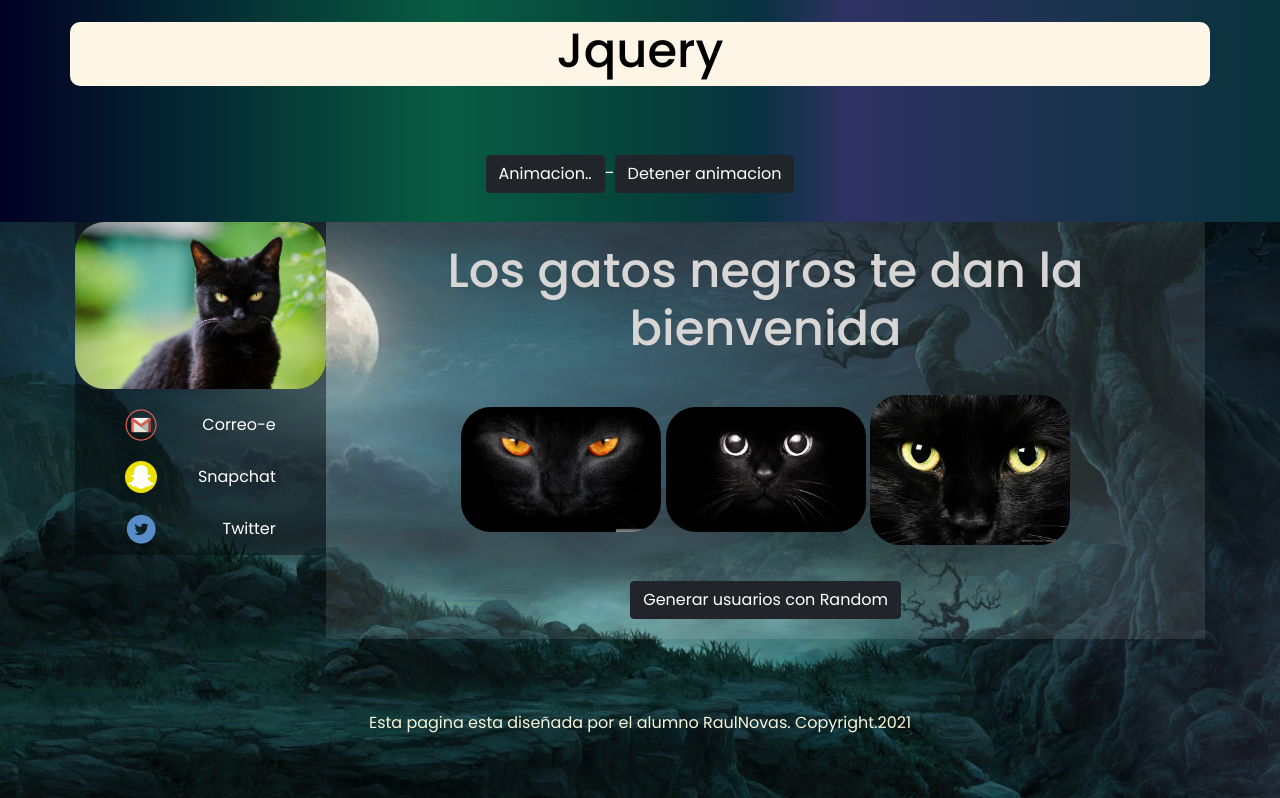
Repository: raul4264/final2
Page: index.html
These files come from the project's save history. The page is drawn as it stood at one moment and after the next save; the edit follows.
The browser window is 1280 px wide. The pictures show the whole page.

Above is the page before, as saved 2021-07-14 09:30:24.

After the next save:
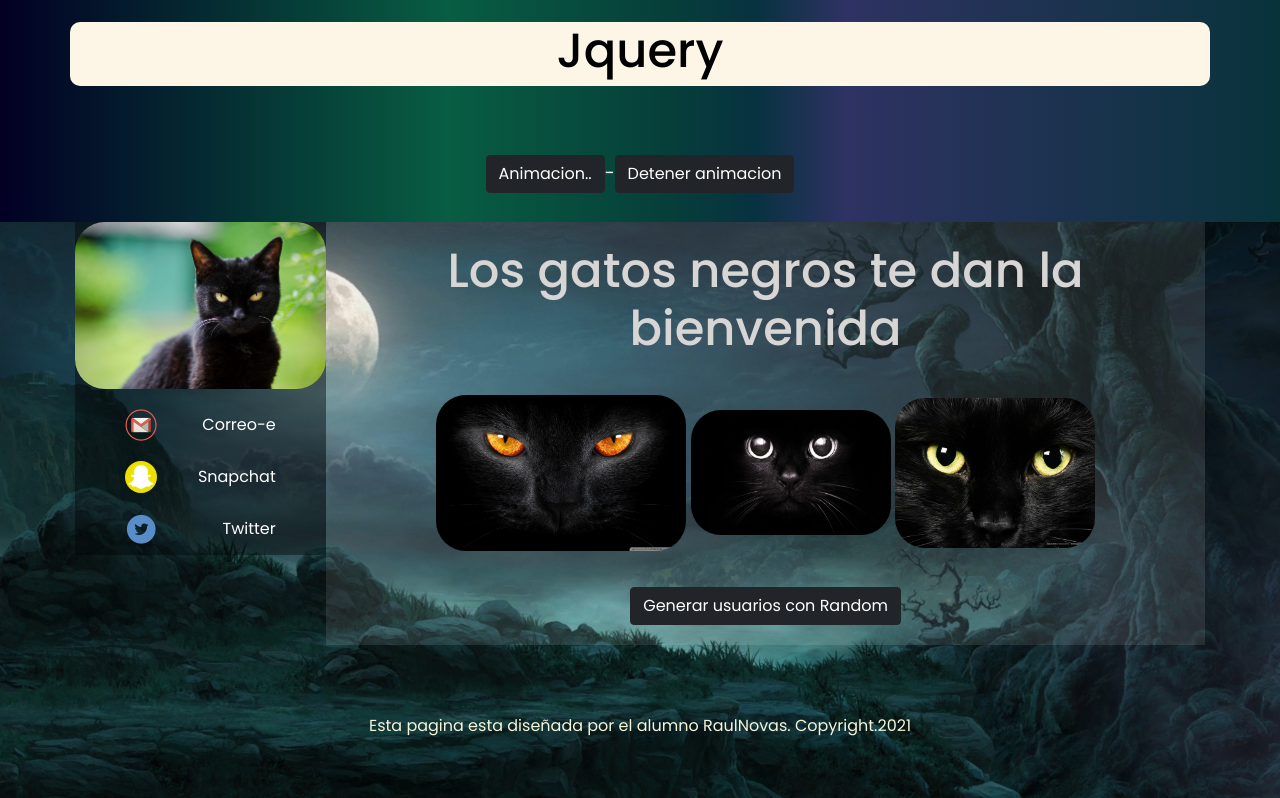
Saved 16 s later.
--- a/index.html
+++ b/index.html
@@ -134,7 +134,7 @@
 
 
 
-                <img src="/images/cat1.jpg" width="200vw">
+                <img src="/images/cat1.jpg" width="250vw">
                 <img src="/images/cat2.jpg" width="200vw" >
                 <img src="/images/cat3.jpg" width="200vw" >
 
